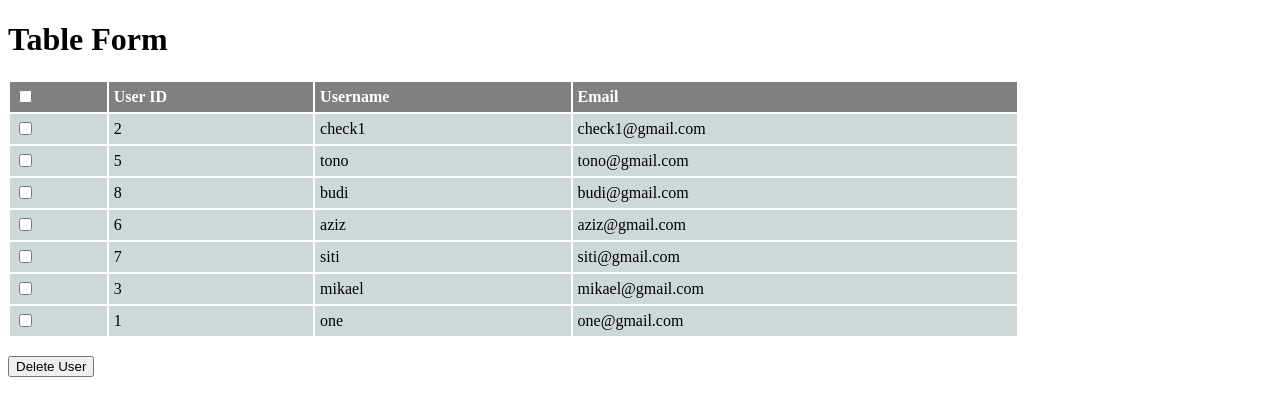
Repository: AHSANS354/tugas-sib5
Page: tugastable.html
These files come from the project's save history. The page is drawn as it stood at one moment and after the next save; the edit follows.
The browser window is 1280 px wide. The pictures show the whole page.

Above is the page before, as saved 2023-08-21 15:28:27.

After the next save:
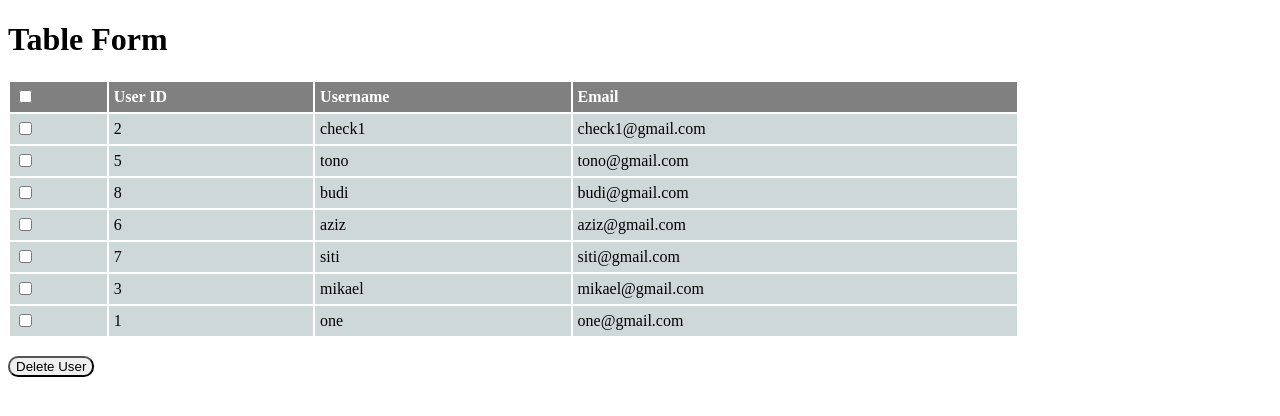
Saved 7 min 43 s later.
--- a/tugastable.html
+++ b/tugastable.html
@@ -58,6 +58,6 @@
       </tr>
     </table>
     <br>
-    <input type="reset" name="delete" value="Delete User"></input>
+    <input type="reset" name="delete" value="Delete User" style="border-radius: 10px;"></input>
   </body>
 </html>
